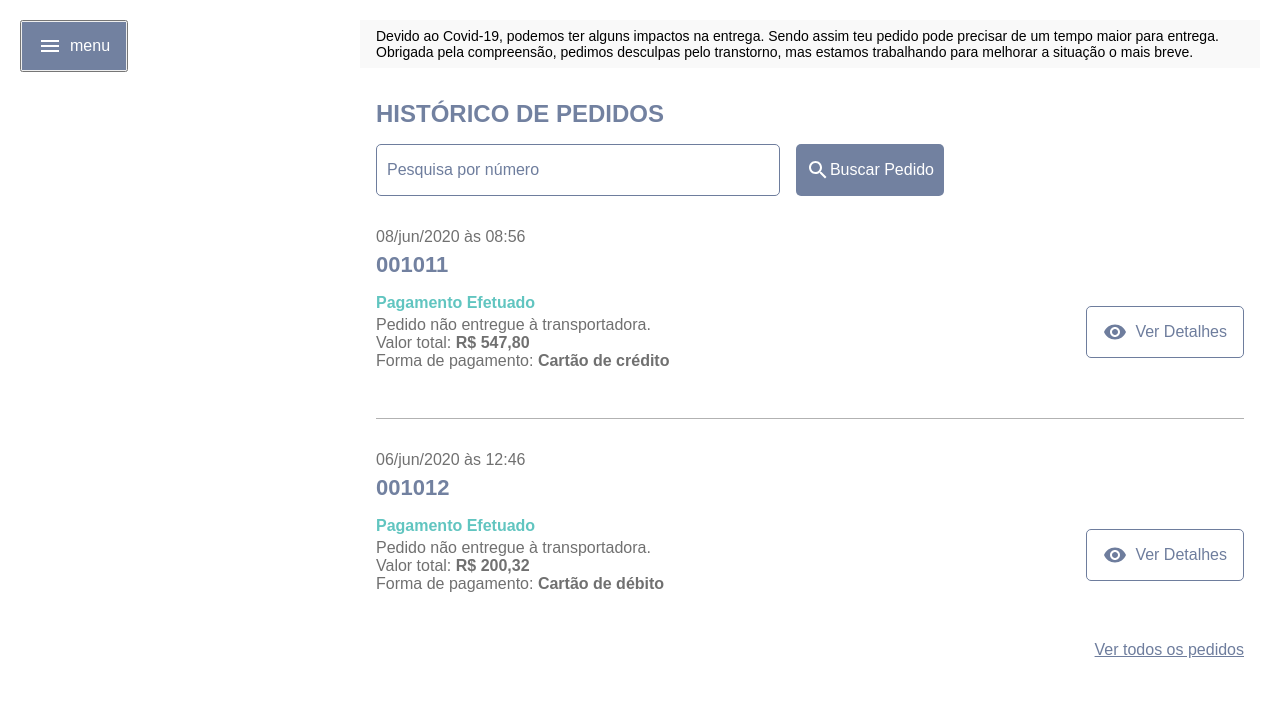
Repository: indiamarasiqueira/gestao-produto
Page: /
The author's editor kept a copy of each file at every save. The page is drawn from the files as they stood at one save, then again after the next save.
The browser window is 1280 px wide. The pictures show the whole page.
The project was rebuilt for these pictures with package versions that can differ from the ones it lists, and the page was loaded fresh each time. Also part of the build but not shown: src/pages/generic/style.js, src/pages/generic/index.js, src/components/ModalMenu/index.js.

Above is the page before, as saved 2020-07-07 11:10:34.

### src/global.js
import { createGlobalStyle } from "styled-components";

const GlobalStyle = createGlobalStyle`
    * {
        margin: 0;
        padding: 0;
        outline: 0;
        box-sizing: border-box;
    }
   html, body, #root {
    margin: 0;
    padding: 0;
    font-family: 'Montserrat', sans-serif;
    -webkit-font-smoothing: antialiased;
    -moz-osx-font-smoothing: grayscale;
    background-color: #ffffff;
    }
`;
export default GlobalStyle;

### src/routes.js
import React from "react";
import { BrowserRouter, Switch, Route } from "react-router-dom";

import GenericPage from "./pages/generic";
// import AppMenu from "./components/AppMenu";
import OrderHistory from "./pages/orderHistory";
import AlertCovid from "./components/AlertCovid";

export default function Routes() {
  return (
    <BrowserRouter>
      <Switch>
        <Route path="*">
          {/* <AppMenu />
          <AlertCovid /> */}
          <Route path="/perfil" exact component={() => <GenericPage title="Meu Perfil" />} />
          <Route path="/localizacao" exact component={() => <GenericPage title="Meus endereços" />} />
          <Route path="/favoritos" exact component={() => <GenericPage title="Lista de favoritos" />} />
          <Route path={["/", "/pedidos"]} exact component={OrderHistory} />
        </Route>
      </Switch>
    </BrowserRouter>
  );
}

### src/pages/orderHistory/index.js
import React, { Fragment, useState } from "react";

import { OrderMenu } from "./style";

import AppMenu from '../../components/AppMenu'
import AlertCovid from "../../components/AlertCovid";
import HeaderTitle from "../../components/HeaderTitle";
import BoxSearch from "../../components/BoxSearch/index";
import Order from "../../components/Order/index";


const OrderHistory = () => {
  const [value, setValue] = useState("");
  const [query, setQuery] = useState("");
  const handleChange = (e) => setValue(e.target.value);

  const handleSubmit = (e) => {
    e.preventDefault();
    setQuery(value);
  };

  return (
    <OrderMenu>
      <div>
        <AppMenu />
      </div>
      <div>
        <AlertCovid />
        <HeaderTitle>HISTÓRICO DE PEDIDOS</HeaderTitle>
        <BoxSearch value={value} handleChange={handleChange} handleSubmit={handleSubmit} />
        <Order query={query} />
      </div>
    </OrderMenu>
  );
};
export default OrderHistory;

### src/components/AlertCovid/index.js
import React from "react";

import { Alert } from './style';

const AlertCovid = () => {
  return (
    <Alert>
      Devido ao Covid-19, podemos ter alguns impactos na entrega. Sendo assim teu pedido pode precisar de um tempo maior
      para entrega. Obrigada pela compreensão, pedimos desculpas pelo transtorno, mas estamos trabalhando para melhorar
      a situação o mais breve.
    </Alert>
  );
};
export default AlertCovid;

### src/components/HeaderTitle/index.js
import React from "react";

import { Title } from "./style";

const HeaderTitle = (props) => {
  return <Title>{props.children}</Title>;
};
export default HeaderTitle;

### src/pages/orderHistory/style.js
import styled from "styled-components";

export const OrderMenu = styled.div`
  display: grid;
  justify-content: center;
  grid-template-columns: 340px 2fr ;
  padding: 20px;
  box-sizing: border-box;
  height: 100%;

   @media all and ( max-width: 1250px) {
    display: flex;
    flex-direction: column;
    width: 100%;
    padding: 10px;
  }
`;

### src/components/AppMenu/index.js
import React, { useState } from "react";
import { useHistory } from "react-router-dom";

import MenuIcon from "@material-ui/icons/Menu";
import LockOpenIcon from "@material-ui/icons/LockOpen";
import HistoryIcon from "@material-ui/icons/History";
import RoomOutlinedIcon from "@material-ui/icons/RoomOutlined";
import FavoriteBorderIcon from "@material-ui/icons/FavoriteBorder";
import CloseIcon from "@material-ui/icons/Close";

import ModalMenu from '../ModalMenu/index';

import {
  MenuMain,
  Button,
  BoxIcon,
  MainMenu,
  UserInfo,
  UserInfoName,
  UserInfoEmail,
  MenuList,
  MenuListItem,
  MenuIconImage
} from "./style";

const AppMenu = () => {
  const history = useHistory();
  const [show, showModal] = useState(false);
  const navigate = (route) => {
    history.push(route);
    showModal(false);
  }

  return (
    <MenuMain>
      <Button onClick={() => showModal(!show)}>
        <BoxIcon>{show ? <CloseIcon /> : <MenuIcon />}</BoxIcon>
        menu
      </Button>
      <ModalMenu show={show}>
        <MainMenu>
          <UserInfo>
            <UserInfoName>Caroline Melinda W Effting</UserInfoName>
            <UserInfoEmail>effting.caroline@gmail.com</UserInfoEmail>
          </UserInfo>
          <MenuList>
            <MenuListItem onClick={() => navigate("/perfil")}>
              <MenuIconImage>
                <LockOpenIcon />
              </MenuIconImage>
              <span className="menu-label">meu perfil</span>
            </MenuListItem>
            <MenuListItem onClick={() => navigate("/pedidos")}>
              <MenuIconImage>
                <HistoryIcon />
              </MenuIconImage>
              <span className="menu-label">histórico de pedidos</span>
            </MenuListItem>
            <MenuListItem onClick={() => navigate("/localizacao")}>
              <MenuIconImage>
                <RoomOutlinedIcon />
              </MenuIconImage>
              <span className="menu-label">meus endereços</span>
            </MenuListItem>
            <MenuListItem onClick={() => navigate("/favoritos")}>
              <MenuIconImage>
                <FavoriteBorderIcon />
              </MenuIconImage>
              <span className="menu-label">lista de favoritos</span>
            </MenuListItem>
          </MenuList>
        </MainMenu>
      </ModalMenu>
    </MenuMain>
  );
};
export default AppMenu;

### src/components/BoxSearch/index.js
import React from "react";

import { Box, InputText, ButtonSearch } from "./style";
import SearchIcon from "@material-ui/icons/Search";

const BoxSearch = (props) => {
  return (
    <Box onSubmit={props.handleSubmit}>
      <InputText
        type="number"
        placeholder="Pesquisa por número"
        value={props.value}
        onChange={props.handleChange}
      />
      <ButtonSearch type="submit">
        <SearchIcon />
        <span className="search-text">Buscar Pedido</span>
      </ButtonSearch>
    </Box>
  );
};
export default BoxSearch;

### src/components/Order/index.js
import React, { useState } from "react";

import VisibilityIcon from "@material-ui/icons/Visibility";
import orderData from '../../db.json'

import {
  Empty,
  OrderList,
  OrderListItem,
  OrderDate,
  OrderId,
  OrderBox,
  OrderInfo,
  OrderStatus,
  ButtonOutline,
  OrderAll,
} from "./style";

const findOrder = (detail, query) => {
  const list = orderData.data;

  if (query){
    const regex = new RegExp(query);

    return list.filter(item => regex.test(item.id))
  }

  return detail ? orderData.data : orderData.data.slice(0, 2);
}


const Order = ({query}) => {
  const [detail, setDetail] = useState(false);
  const list = findOrder(detail, query)

  if (!list.length) {
    return <Empty>nenhum pedido encontrado :(</Empty>
  }

  return (
    <OrderList>
      {list.map((item, key) => (
        <OrderListItem key={key}>
          <OrderDate>{item.date}</OrderDate>
          <OrderId>{item.id}</OrderId>
          <OrderBox>
            <OrderInfo>
              <OrderStatus>{item.title}</OrderStatus>
              <p>
                {item.description}
                <br />
                Valor total: <b>R$ {item.price} </b>
                <br />
                Forma de pagamento: <b>{item.payment}</b>
              </p>
            </OrderInfo>
            <ButtonOutline>
              <VisibilityIcon />
              Ver Detalhes
            </ButtonOutline>
          </OrderBox>
        </OrderListItem>
      ))}
      {!detail && <OrderAll onClick={setDetail}>Ver todos os pedidos</OrderAll>}
    </OrderList>
  );
};
export default Order;

### src/components/AlertCovid/style.js
import styled from "styled-components";


// Main Page
export const Alert = styled.div`
  background: #f9f9f9;
  padding: 8px 16px;
  font-size: 14px;
`;

### src/components/HeaderTitle/style.js
import styled from "styled-components";

export const Title = styled.h1`
  color: #7281a0;
  padding: 16px;
  margin-top: 16px;
  font-weight: bold;
  font-size: 24px;
`;

### src/components/AppMenu/style.js
import styled from "styled-components";

export const MenuMain = styled.button`



`;
export const Button = styled.button`
  display: flex;
  align-items: center;
  justify-content: start;
  padding: 12px 16px;
  border: none;
  background: #7281A0;
  width: 100%;
  color: #ffffff;
  font-size: 16px;
  transition: all 0.2s ease-out;
  height: 48px;

  :hover{
    color: #7281A0;
    background: #F4F4F4;
  }
`;
export const BoxIcon = styled.div`
  display: inline-block;
  margin-right: 8px;
  height: 24px;
`;
export const MainMenu = styled.div`
  color: #717171;
  padding: 0 16px;
  border-bottom: 1px solid rgba(0, 0, 0, 0.3);
  position: fixed;
  top: 48px;
  left: 0;
  right: 0;
  bottom: 0;
  background: #fff;

  @media all and ( min-width: 600px) {
    display: flex;
    flex-direction: column;
    align-items: center;
    flex: 1;
    width: 400px;
    height: 100%;
    padding: 10px;
  }
`;

// User
export const UserInfo = styled.div`
  padding: 16px 0;
`;
export const UserInfoName = styled.p`
  margin-bottom: 8px;
`;
export const UserInfoEmail = styled.p``;
// Menu
export const MenuList = styled.nav``;

export const MenuListItem = styled.a`
  display: flex;
  align-items: center;
  padding: 16px 0;
  border-top: 1px solid rgba(0, 0, 0, 0.3);

  :hover{
    color: #707070;
    background: #F4F4F4;
  }
`;
export const MenuIconImage = styled.i`
  padding-left: 4px;
  padding-right: 16px;
`;

### src/components/BoxSearch/style.js
import styled from "styled-components";

export const Box = styled.form`
  padding: 0 16px;
  display: flex;
  align-items: center;
  justify-content: space-between;
  max-width: 600px;

`;
export const InputText = styled.input`
  flex: 1;
  color: #7281a0;
  height: 52px;
  border-radius: 5px;
  border: 1px solid #6e7d9d;
  font-size: 16px;
  padding-left: 10px;

  ::placeholder {
    color: #6e7d9d;
  }
`;
export const ButtonSearch = styled.button`
  background: #7281a0;
  border-radius: 5px;
  height: 52px;
  border: none;
  margin-left: 16px;
  padding: 10px;
  color: #ffffff;
  font-size: 16px;
  display: flex;
  align-items: center;
  justify-content: center;

  @media all and (max-width: 600px){
    .search-text{
      display: none;
    }
  }
`;

### src/db.json
{
  "data": [
    {
      "id": "001011",
      "date": "08/jun/2020 às 08:56",
      "title": "Pagamento Efetuado",
      "description": "Pedido não entregue à transportadora.",
      "price": "547,80",
      "payment": "Cartão de crédito"

    },
    {
      "id": "001012",
      "date": "06/jun/2020 às 12:46",
      "title": "Pagamento Efetuado",
      "description": "Pedido não entregue à transportadora.",
      "price": "200,32",
      "payment": "Cartão de débito"
    },
    {
      "id": "001013",
      "date": "04/jun/2020 às 09:30",
      "title": "Pagamento Efetuado",
      "description": "Pedido não entregue à transportadora.",
      "price": "150,60",
      "payment": "Cartão de crédito"
    },
    {
      "id": "001014",
      "date": "29/mai/2020 às 17:30",
      "title": "Pagamento Efetuado",
      "description": "Pedido não entregue à transportadora.",
      "price": "83,58",
      "payment": "Cartão de débito"
    }
  ]

}

### src/components/Order/style.js
import styled from "styled-components";

export const Empty = styled.div`
  padding: 16px;
  color: #ccc;
  text-align: center;
`;
export const OrderList = styled.div`
  padding: 0 16px;
`;
export const OrderListItem = styled.div`
  padding: 32px 0;
  border-top: 1px solid rgba(0, 0, 0, 0.3);

  &:first-of-type {
    border-top-width: 0;
  }

`;
export const OrderDate = styled.p`
  color: #707070;
  font-size: 16px;
`;
export const OrderId = styled.p`
  padding-top: 6px;
  color: #7281a0;
  font-size: 22px;
  font-weight: bold;
`;
export const OrderBox = styled.div`

  @media all and (min-width: 600px){
    display: flex;
    align-items: center;
  }
`;
export const OrderInfo = styled.div`
  flex: 1;
  margin: 16px 0;
  color: #707070;

`;
export const OrderStatus = styled.p`
  color: #61c5c0;
  margin-bottom: 4px;
  font-weight: bold;
`;
export const ButtonOutline = styled.div`
  border-radius: 5px;
  border: 1px solid #6e7d9d;
  height: 52px;
  display: flex;
  align-items: center;
  justify-content: center;
  color: #6e7d9d;
  padding: 8px 16px;

  svg {
    margin-right: 8px;
  }

`;
export const OrderAll = styled.button`
  color: #6E7D9D;
  margin-bottom: 32px;
  background: none;
  border: none;
  text-decoration: underline;
  width: 100%;
  display: flex;
  align-items: center;
  justify-content: flex-end;
  font-size: 16px;
`;

Loaded but not shown: public/index.html (common file); src/index.js (common file)

After the next save:
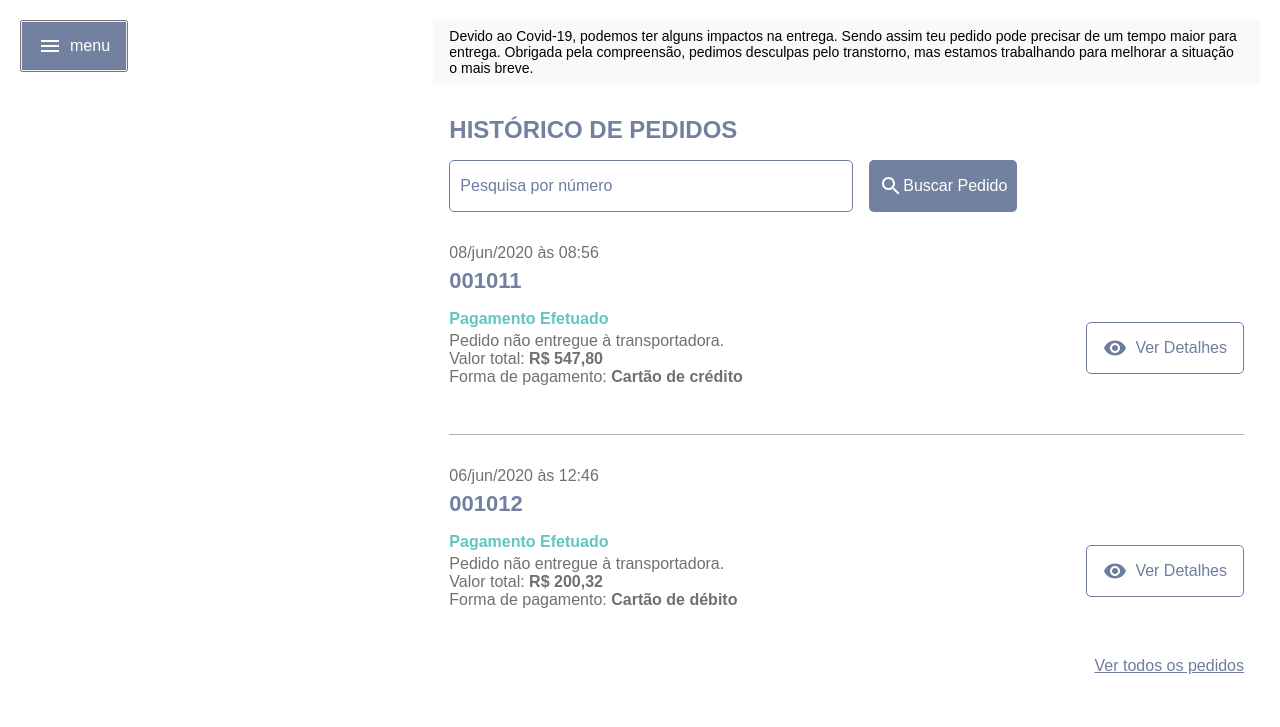
Saved 21 s later.
--- a/src/pages/orderHistory/style.js
+++ b/src/pages/orderHistory/style.js
@@ -3,7 +3,7 @@ import styled from "styled-components";
 export const OrderMenu = styled.div`
   display: grid;
   justify-content: center;
-  grid-template-columns: 340px 2fr ;
+  grid-template-columns: 1fr 2fr ;
   padding: 20px;
   box-sizing: border-box;
   height: 100%;
